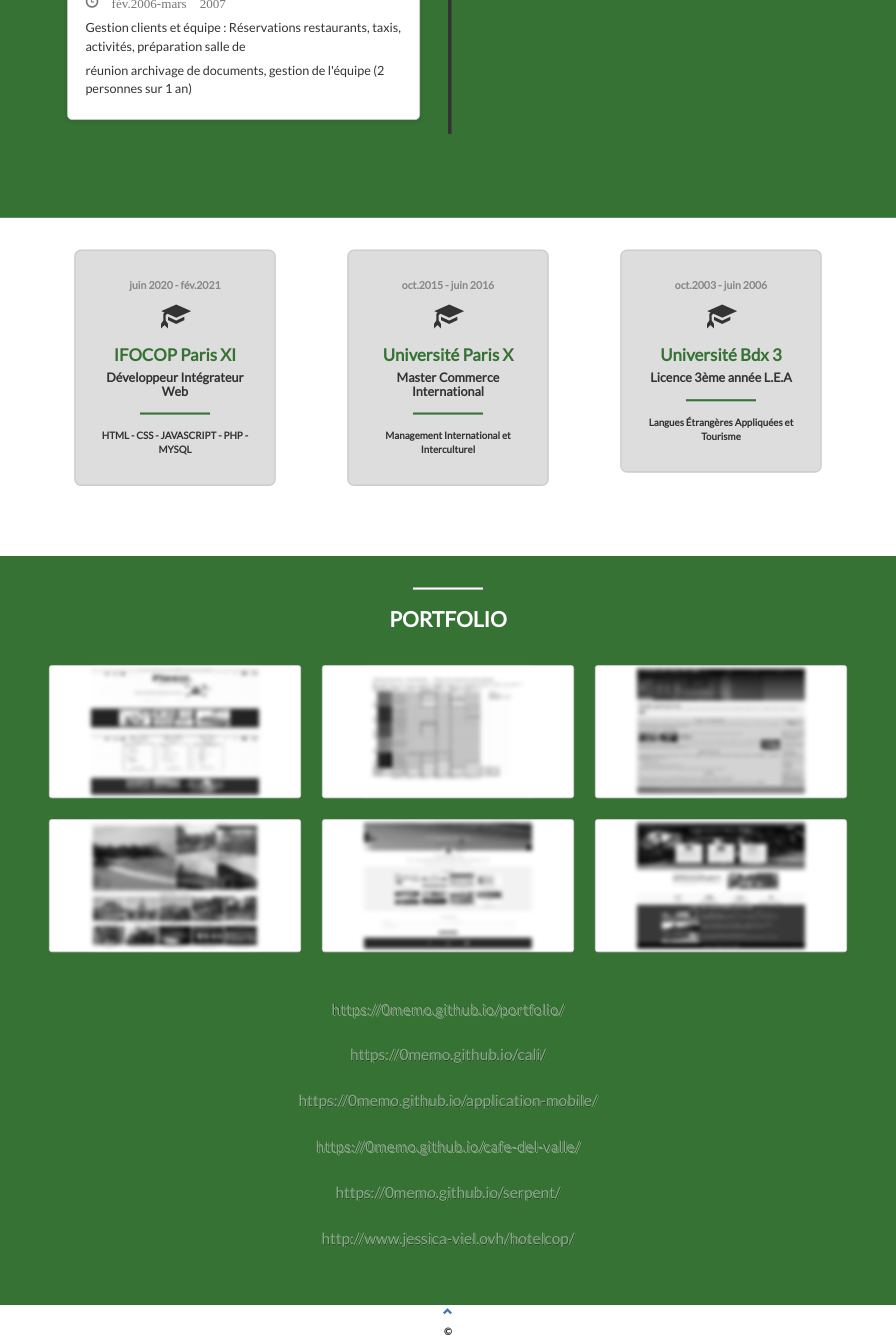
Repository: 0Memo/mon-cv
Page: index.html
An editor plug-in stored every save of this project. The page is shown before and after the next save, followed by the edit.
The browser window is 1280 px wide. The pictures show the part of the page from y = 3235 to 5155 px (the page is 5155 px tall), at 70% of full size.

Above is the page before, as saved 2020-12-29 15:35:16.

After the next save:
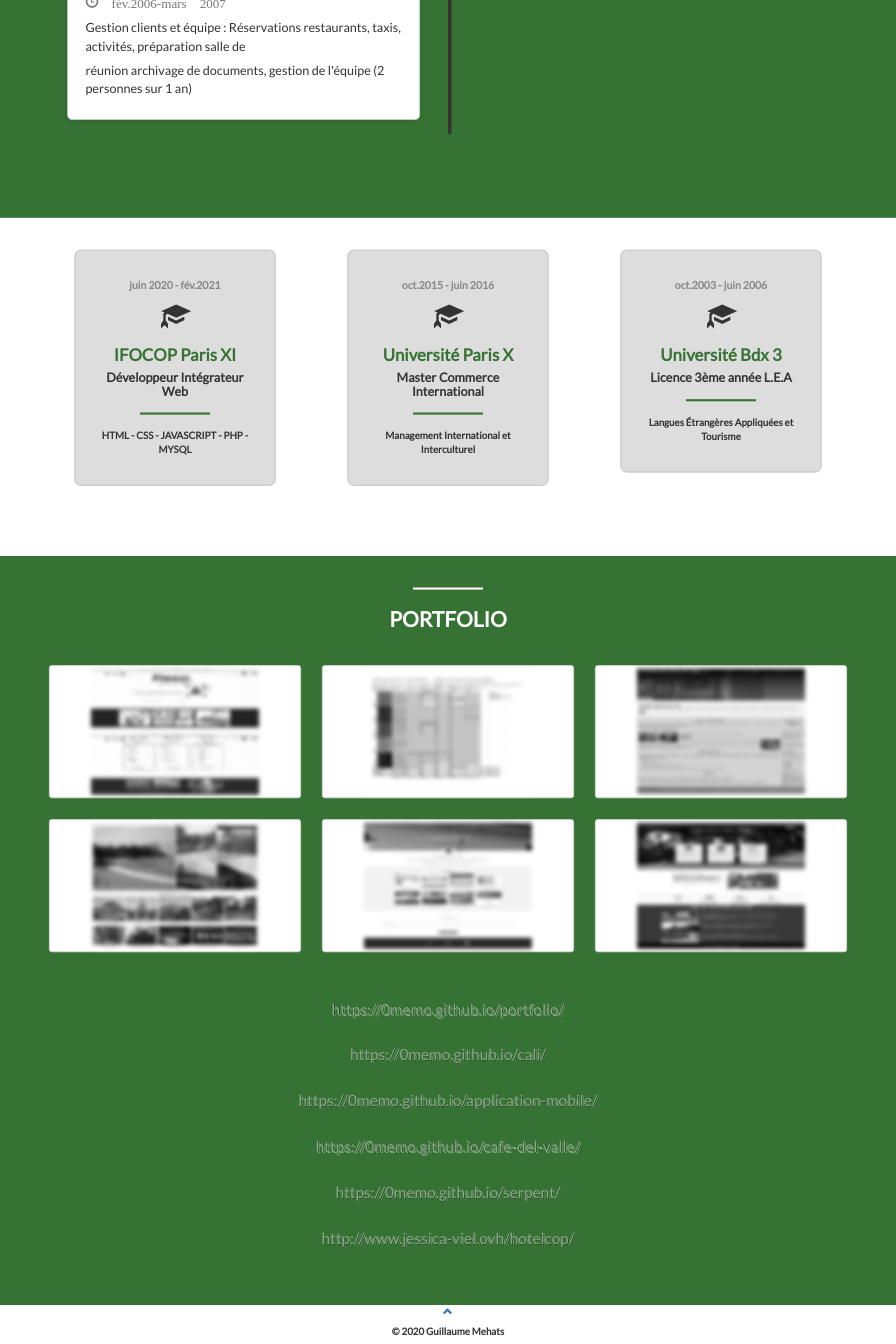
Saved 11 s later.
--- a/index.html
+++ b/index.html
@@ -278,7 +278,7 @@
             <a href="#about">
                 <span class="glyphicon glyphicon-chevron-up"></span>
             </a>
-            <h5>&copy;</h5>
+            <h5>&copy; 2020 Guillaume Mehats</h5>
         </footer>
 
         <script src="js/jquery-3.5.1.min.js"></script>
